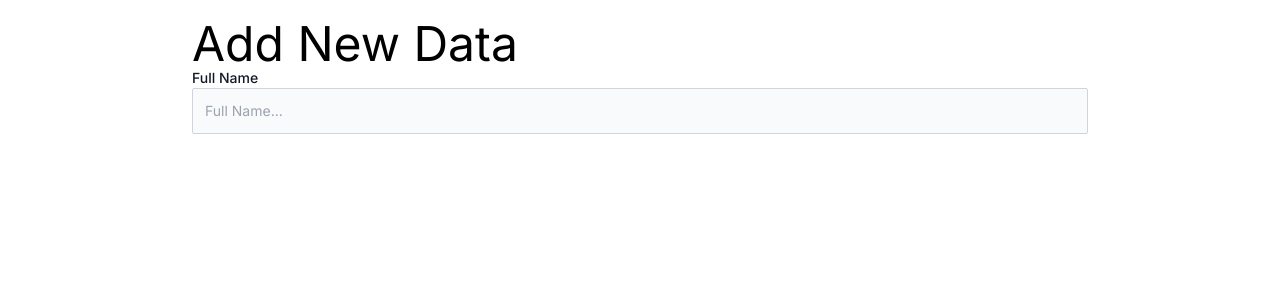
Repository: KilluaProject/crud-nextjs14
Page: /contacts/create
These files come from the project's save history. The page is drawn as it stood at one moment and after the next save; the edit follows.
The browser window is 1280 px wide. The pictures show the whole page.
The project was rebuilt for these pictures with package versions that can differ from the ones it lists, and the page was loaded fresh each time. The framework's server and built-in components were replaced by stand-ins that run in the browser. Also part of the build but not shown: next.config.mjs.

Above is the page before, as saved 2024-06-30 14:07:25.

### app/layout.tsx
import type { Metadata } from "next";
import { Inter } from "next/font/google";
import "./globals.css";

const inter = Inter({ subsets: ["latin"] });

export const metadata: Metadata = {
  title: "CRUD Apps",
  description: "Generated by create next app",
};

export default function RootLayout({
  children,
}: Readonly<{
  children: React.ReactNode;
}>) {
  return (
    <html lang="en">
      <body className={inter.className}>{children}</body>
    </html>
  );
}

### app/contacts/create/page.tsx
import CreateForm from '@/components/CreateForm'
import React from 'react'

const CreateContact = () => {
  return (
    <div className=' max-w-4xl mx-auto mt-5'>
      <h1 className='text-5xl'>
        Add New Data
      </h1>
        <CreateForm/>
    </div>
  )
}

export default CreateContact

### components/CreateForm.tsx
import React from 'react'

const CreateForm = () => {
  return (
    <div>
      <form action="">
        <div>
          <label htmlFor="name" className='block text-sm font-medium text-gray-900'>Full Name</label>
          <input type="text" name='name' id='name' placeholder='Full Name...' className='bg-gray-50 border border-gray-300 text-gray-900 text-sm rounded-sm focus:ring-blue-500 focus:border-blue-500 block w-full p-3' />
        </div>
      </form>
    </div>
  )
}

export default CreateForm

Loaded but not shown: app/globals.css (common file); tailwind.config.ts (common file)

After the next save:
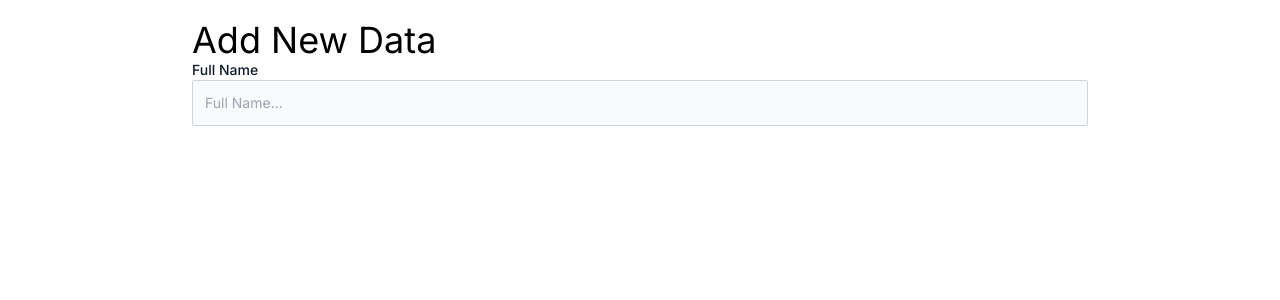
Saved 4 s later.
--- a/app/contacts/create/page.tsx
+++ b/app/contacts/create/page.tsx
@@ -4,7 +4,7 @@ import React from 'react'
 const CreateContact = () => {
   return (
     <div className=' max-w-4xl mx-auto mt-5'>
-      <h1 className='text-5xl'>
+      <h1 className='text-4xl'>
         Add New Data
       </h1>
         <CreateForm/>
